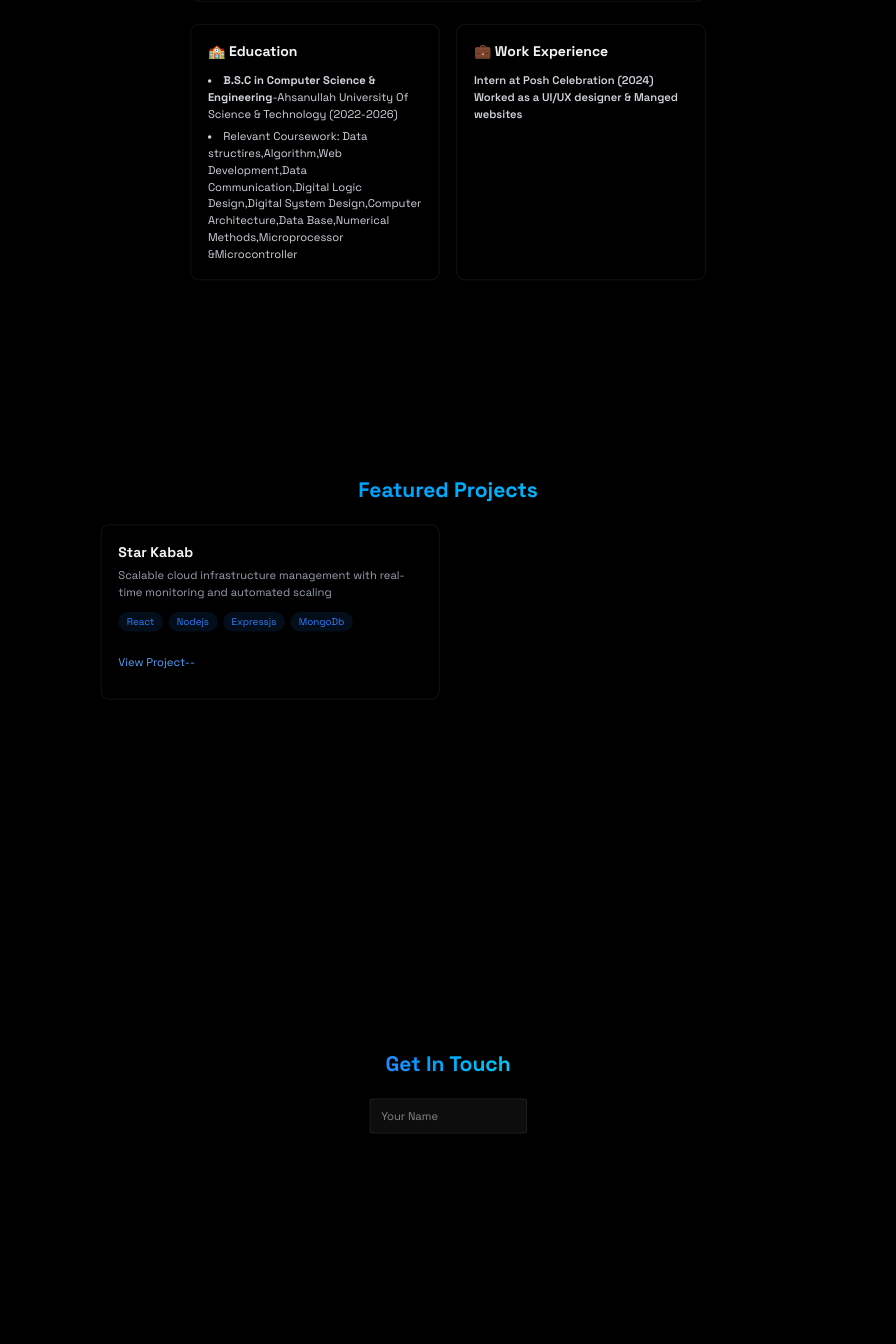
Repository: tanimtanzilislam/my_portfolio
Page: /
An editor plug-in stored every save of this project. The page is shown before and after the next save, followed by the edit.
The browser window is 1280 px wide. The pictures show the part of the page from y = 1076 to 2996 px (the page is 2996 px tall), at 70% of full size.
The project was rebuilt for these pictures with package versions that can differ from the ones it lists, and the page was loaded fresh each time. Also part of the build but not shown: vite.config.js.

Above is the page before, as saved 2025-05-11 16:40:32.

After the next save:
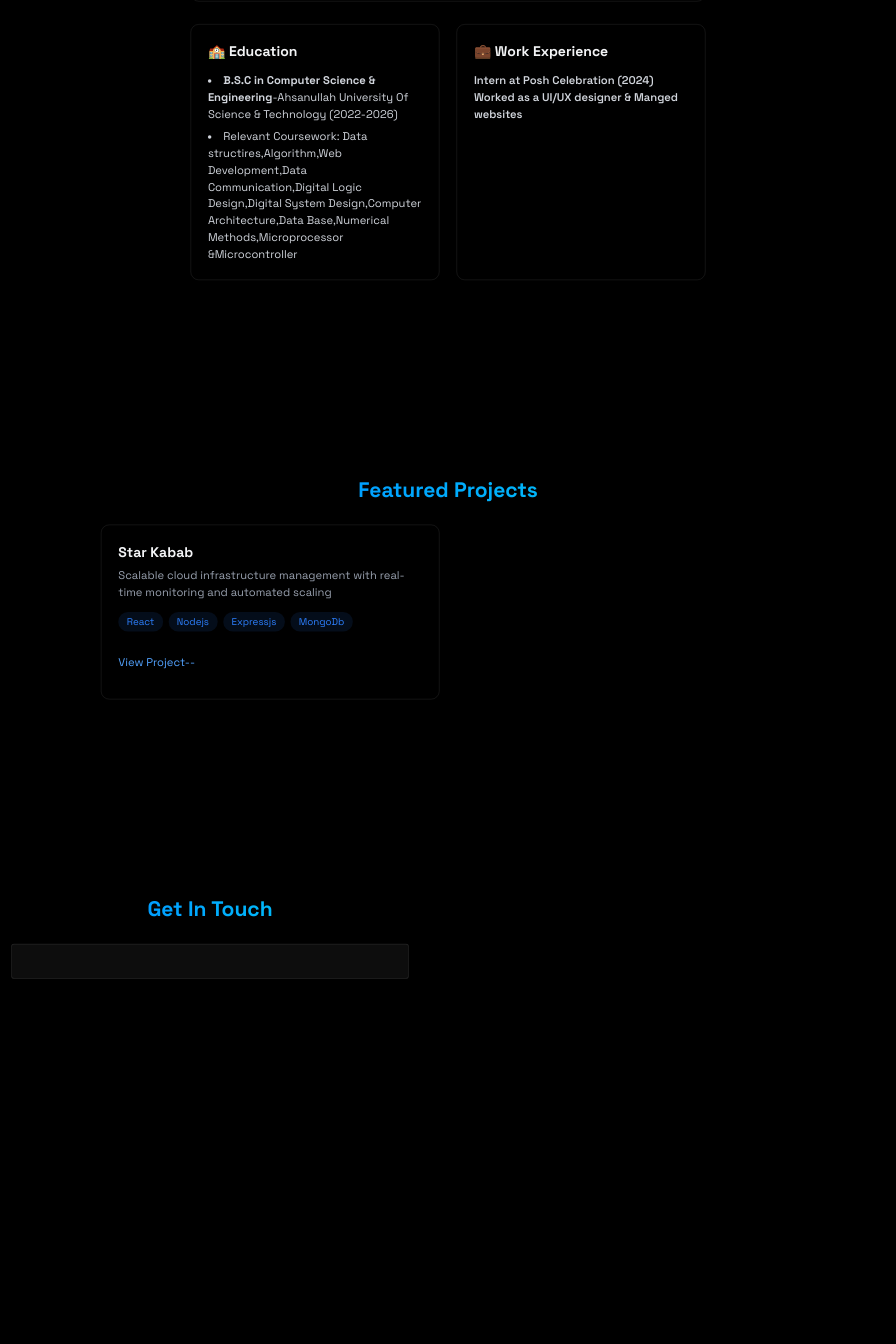
Saved 25 s later.
--- a/src/components/sections/Contact.jsx
+++ b/src/components/sections/Contact.jsx
@@ -1,30 +1,17 @@
-import { RevealOnScroll } from "../RevealOnScroll";
+import { RevealOnScroll } from "../RevealOnScroll"
 
-export const Contact = () => {
-  return (
-    <section
-      id="contact"
-      className="min-h-screen flex items-center justify-center py-20"
-    >
-      <RevealOnScroll>
-        <div className="px-4 w-full max-w-xl">
-          <h2 className="text-3xl font-bold mb-8 bg-gradient-to-r from-blue-500 to-cyan-400 bg-clip-text text-transparent text-center">
-            Get In Touch
-          </h2>
-          <form className="space-y-6">
+export const Contact=()=>{
+    return <section id="contact" className="min-h-screen items-center justify-center py-20">
+        <RevealOnScroll>
+            <div className="px-4 w-150">
+        <h2 className="text-3xl font-bold mb-8 bg-gradient-to-r from-blue-500 to-cyan-400 bg-clip-text text-transparent text-center">Get In Touch </h2>
+        <form className="space-y-6">
             <div className="relative">
-              <input
-                type="text"
-                id="name"
-                name="name"
-                required
-                placeholder="Your Name"
-                className="w-full bg-white/5 border border-white/10 rounded px-4 py-3 text-white transition focus:outline-none focus:border-blue-500 focus:bg-blue-500/5"
-              />
+                <input type="text" id="name" name="name" required className=" w-full bg-white/5 border border-white/10 rounded px-4  py-3 text-white  transition focus :outline-none focus:border-blue-500  focus:bg-blue-500/5" />
             </div>
-          </form>
-        </div>
-      </RevealOnScroll>
+        </form>
+            </div>
+        </RevealOnScroll>
+
     </section>
-  );
-};
+}

After the save that followed:
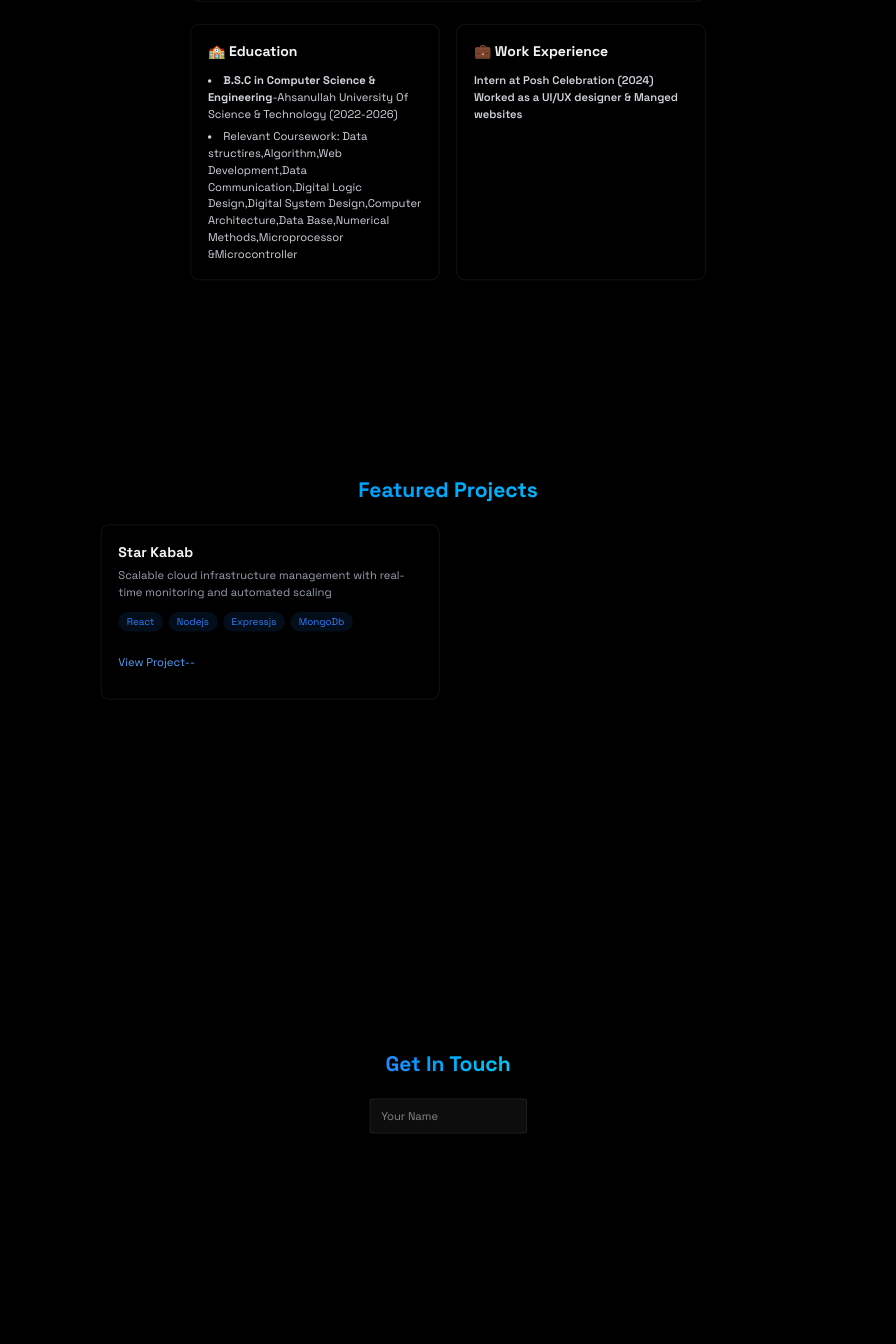
Saved 22 s later.
--- a/src/components/sections/Contact.jsx
+++ b/src/components/sections/Contact.jsx
@@ -1,17 +1,30 @@
-import { RevealOnScroll } from "../RevealOnScroll"
+import { RevealOnScroll } from "../RevealOnScroll";
 
-export const Contact=()=>{
-    return <section id="contact" className="min-h-screen items-center justify-center py-20">
-        <RevealOnScroll>
-            <div className="px-4 w-150">
-        <h2 className="text-3xl font-bold mb-8 bg-gradient-to-r from-blue-500 to-cyan-400 bg-clip-text text-transparent text-center">Get In Touch </h2>
-        <form className="space-y-6">
+export const Contact = () => {
+  return (
+    <section
+      id="contact"
+      className="min-h-screen flex items-center justify-center py-20"
+    >
+      <RevealOnScroll>
+        <div className="px-4 w-full max-w-xl">
+          <h2 className="text-3xl font-bold mb-8 bg-gradient-to-r from-blue-500 to-cyan-400 bg-clip-text text-transparent text-center">
+            Get In Touch
+          </h2>
+          <form className="space-y-6">
             <div className="relative">
-                <input type="text" id="name" name="name" required className=" w-full bg-white/5 border border-white/10 rounded px-4  py-3 text-white  transition focus :outline-none focus:border-blue-500  focus:bg-blue-500/5" />
+              <input
+                type="text"
+                id="name"
+                name="name"
+                required
+                placeholder="Your Name"
+                className="w-full bg-white/5 border border-white/10 rounded px-4 py-3 text-white transition focus:outline-none focus:border-blue-500 focus:bg-blue-500/5"
+              />
             </div>
-        </form>
-            </div>
-        </RevealOnScroll>
-
+          </form>
+        </div>
+      </RevealOnScroll>
     </section>
-}
+  );
+};
